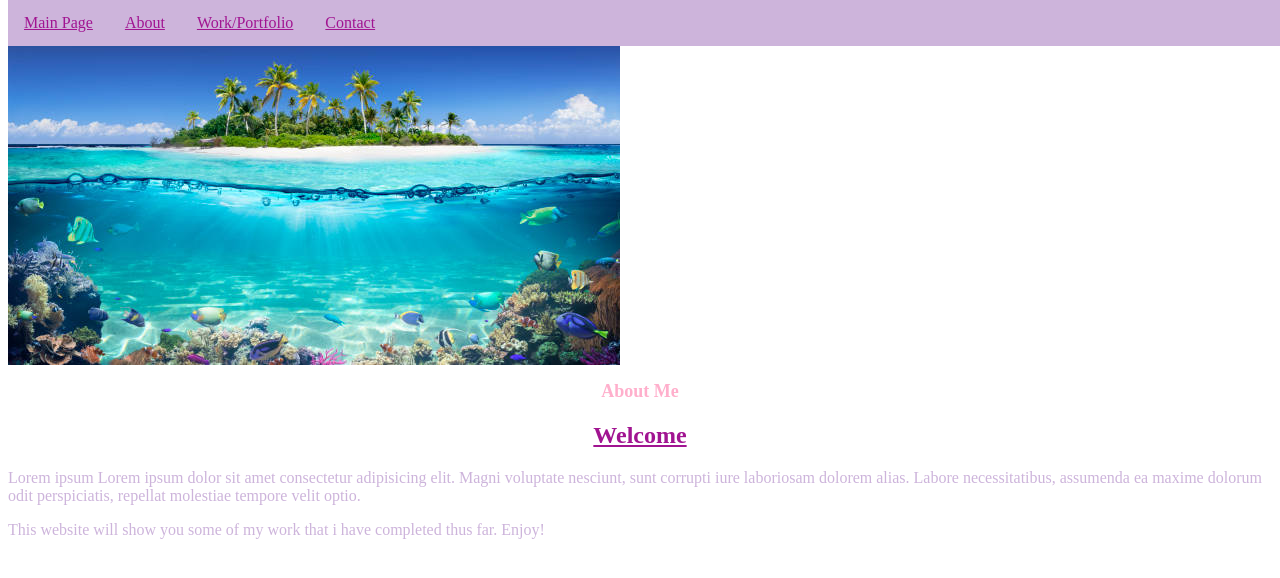
Repository: MelindaN14/My-Personal-Website
Page: about.html
An editor plug-in stored every save of this project. The page is shown before and after a run of saves, followed by the edit.
The browser window is 1280 px wide. The pictures show the whole page.

Above is the page before, as saved 2024-03-25 22:07:30.

### about.html
<!DOCTYPE html>
<html lang="en">
  <head>
    <meta charset="UTF-8" />
    <meta name="viewport" content="width=device-width, initial-scale=1.0" />
    <link rel="stylesheet" a href="style.css">
    <img src="island.jpeg" a href="styleshock.com">
        <title>About</title>
  </head>
  <body>
    <nav>
    <div class="navbar">
      <a href="index.html">Main Page</a>
      <a href="about.html">About</a>
      <a href="portfolio.html">Work/Portfolio</a>
      <a href="contact.html">Contact</a>
    </div>
    </nav>
    <h1>About Me</h1>
    <h2>Welcome</h2>
    <p>Lorem ipsum Lorem ipsum dolor sit amet consectetur adipisicing elit. Magni voluptate nesciunt, sunt corrupti iure laboriosam dolorem alias. Labore necessitatibus, assumenda ea maxime dolorum odit perspiciatis, repellat molestiae tempore velit optio.</p>
<p> This website will show you some of my work that i have completed thus far. Enjoy!
</p>
  </body>
</html>

### style.css
/* Nav Bar */
.navbar {
  overflow: hidden;
  background-color: #cdb4db;
  position: fixed;
  top: 0;
  width: 100%;
}
/* Links */
.navbar a {
  float: left;
  display: block;
  color: #a11491;
  text-align: center;
  padding: 14px 16px;
}
/* Hover */
.navbar a:hover {
  background: #a2d2ff;
  color: black;
}
/* Main Content?? */
.main {
  margin-top: 30px; /* Add a top margin to avoid content overlay? */
}
.header {
  color: #7fb6ea;
  text-align: center;
}

h1 {
  color: #ffafcc;
  font-size: large;
  text-align: center;
}
h2{
    color:#a11491;
    text-align: center;
    text-decoration: underline;
    justify-content: center;
}
p {
  color: #cdb4db;
}

nav {
  color: #bde0fe;
}
/*body {
  background-image:url('floral.jpeg');
  padding: 2rem;
  display: flex;
  flex-direction: column;
  align-items: center;
  justify-content: center;
}*/

After the next 2 saves:
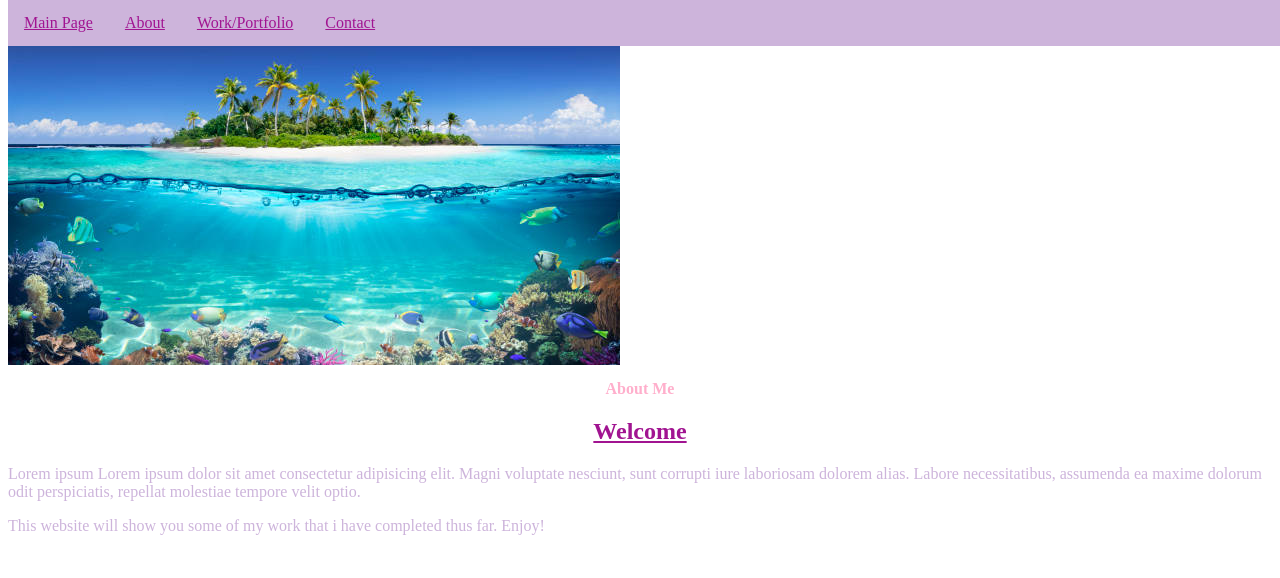
The 2 saves are shown as one change because they came seconds apart.
The last was saved 2 min 53 s later.
--- a/style.css
+++ b/style.css
@@ -30,7 +30,7 @@
 
 h1 {
   color: #ffafcc;
-  font-size: large;
+  font-size:medium;
   text-align: center;
 }
 h2{
